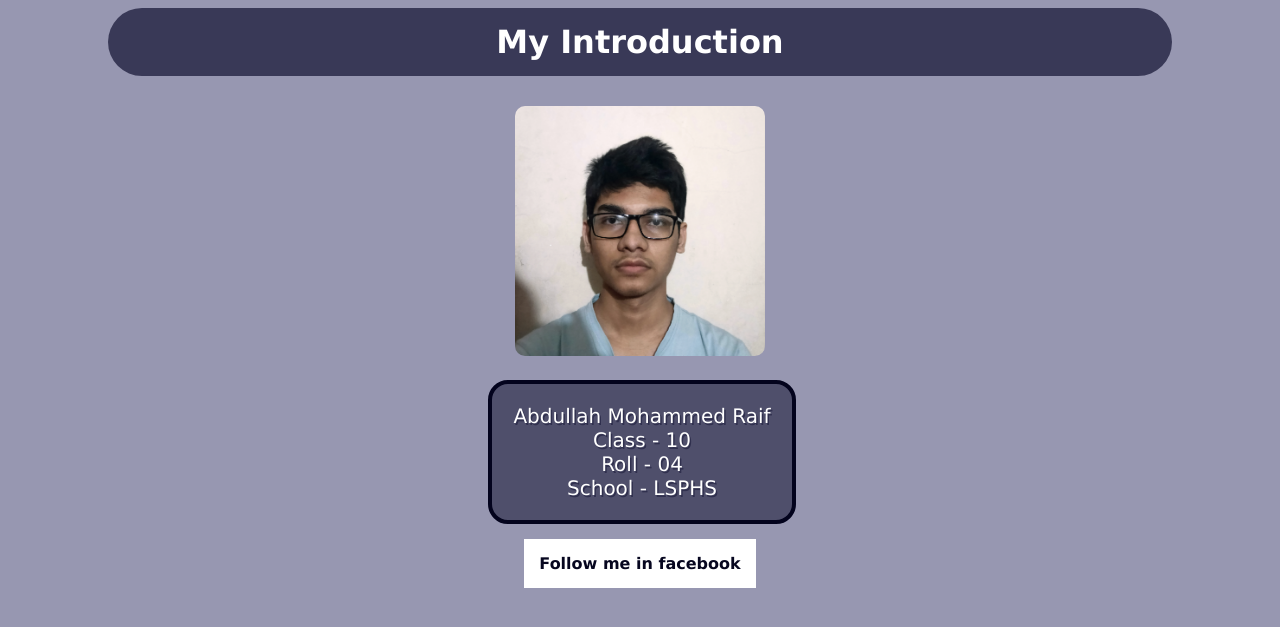
Repository: Raif-007/Portfolio
Page: index.html
These files come from the project's save history. The page is drawn as it stood at one moment and after the next save; the edit follows.
The browser window is 1280 px wide. The pictures show the whole page.

Above is the page before, as saved 2021-07-05 17:43:23.

### index.html
<!DOCTYPE html>
<html lang="en">

<head>
    <meta charset="UTF-8">
    <meta http-equiv="X-UA-Compatible" content="IE=edge">
    <meta name="viewport" content="width=device-width, initial-scale=1.0">
    <title>Portfolio</title>
    <link rel="stylesheet" href="styles.css">
</head>

<body>

    <h1>
        My Introduction
    </h1>

    <img id="i01" src="final pic.jpg" alt="raif">


    <div>

        <p>
            Abdullah Mohammed Raif
            <br> Class - 10
            <br> Roll - 04
            <br> School - LSPHS

        </p>


    </div>


    <a href="https://www.facebook.com/raif.chy.58">Follow me in facebook</a>

</body>

</html>

### styles.css
        body {
            background-color: rgba(54, 54, 105, 0.514);
            color: #ffffff;
            font-family: Verdana, Geneva, Tahoma, sans-serif;
            text-align: center;
        }

        h1 {
            background-color: rgba(25, 25, 56, 0.74);
            padding: 15px;
            margin: 0px 100px;
            border-radius: 50px;
        }

        div {
            font-size: 20px;
            border: 4px solid rgb(3, 3, 29);
            width: 300px;
            margin-left: 480px;
            margin-top: 20px;
            background-color: rgba(25, 25, 56, 0.568);
            border-radius: 20px;
            text-shadow: 1.5px 1.5px rgba(25, 25, 56, 0.568);
            margin-bottom: 30px;
        }

        #i01 {
            width: 250px;
            height: 250px;
            margin-top: 30px;
            border-radius: 10px;
        }

        a:link {
            background-color: #ffffff;
            color: rgb(6, 6, 31);
            text-decoration: none;
            padding: 15px;
            font-weight: 700;
        }

        a:hover {
            background-color: rgb(6, 6, 31);
            color: #ffffff;
            text-decoration: none;
            padding: 15px;
            font-weight: 700;
        }

        a:visited {
            background-color: #ffffff;
            color: #ffffff;
            text-decoration: none;
            padding: 15px;
            font-weight: 700;
        }

        a:active {}

After the next save:
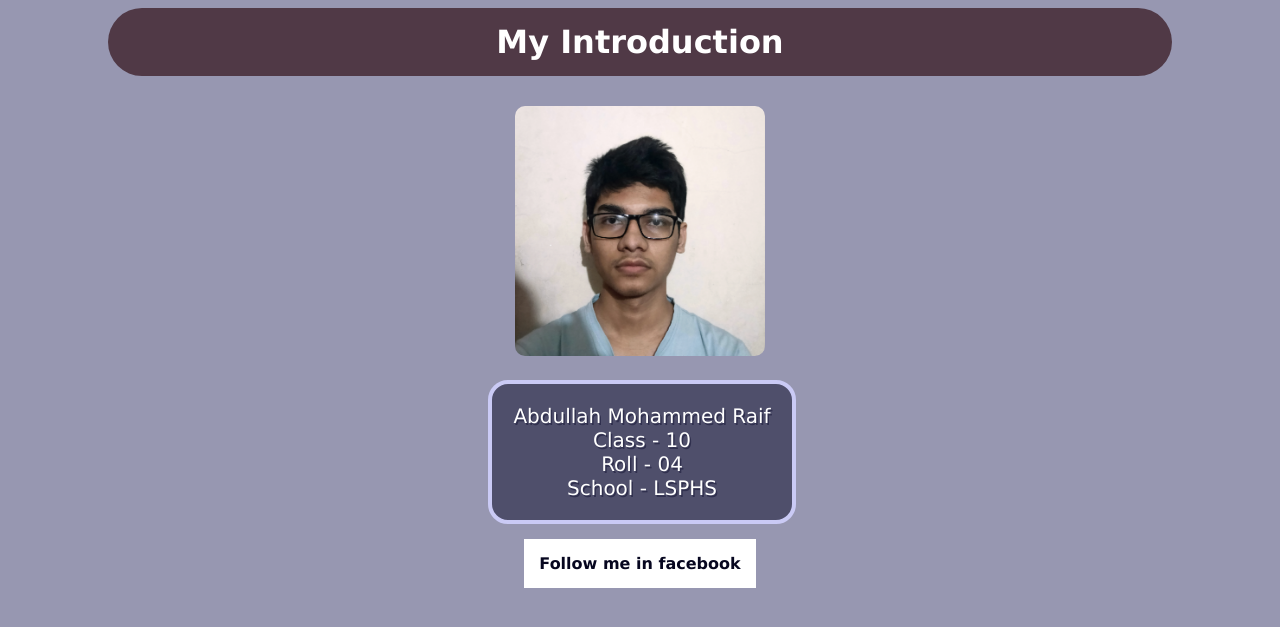
Saved 48 s later.
--- a/styles.css
+++ b/styles.css
@@ -6,7 +6,7 @@
         }
 
         h1 {
-            background-color: rgba(25, 25, 56, 0.74);
+            background-color: rgba(56, 25, 33, 0.74);
             padding: 15px;
             margin: 0px 100px;
             border-radius: 50px;
@@ -14,7 +14,7 @@
 
         div {
             font-size: 20px;
-            border: 4px solid rgb(3, 3, 29);
+            border: 4px solid rgb(202, 202, 245);
             width: 300px;
             margin-left: 480px;
             margin-top: 20px;
@@ -48,7 +48,7 @@
         }
 
         a:visited {
-            background-color: #ffffff;
+            background-color: #rgb(212, 37, 81);
             color: #ffffff;
             text-decoration: none;
             padding: 15px;

After the 2 saves that followed:
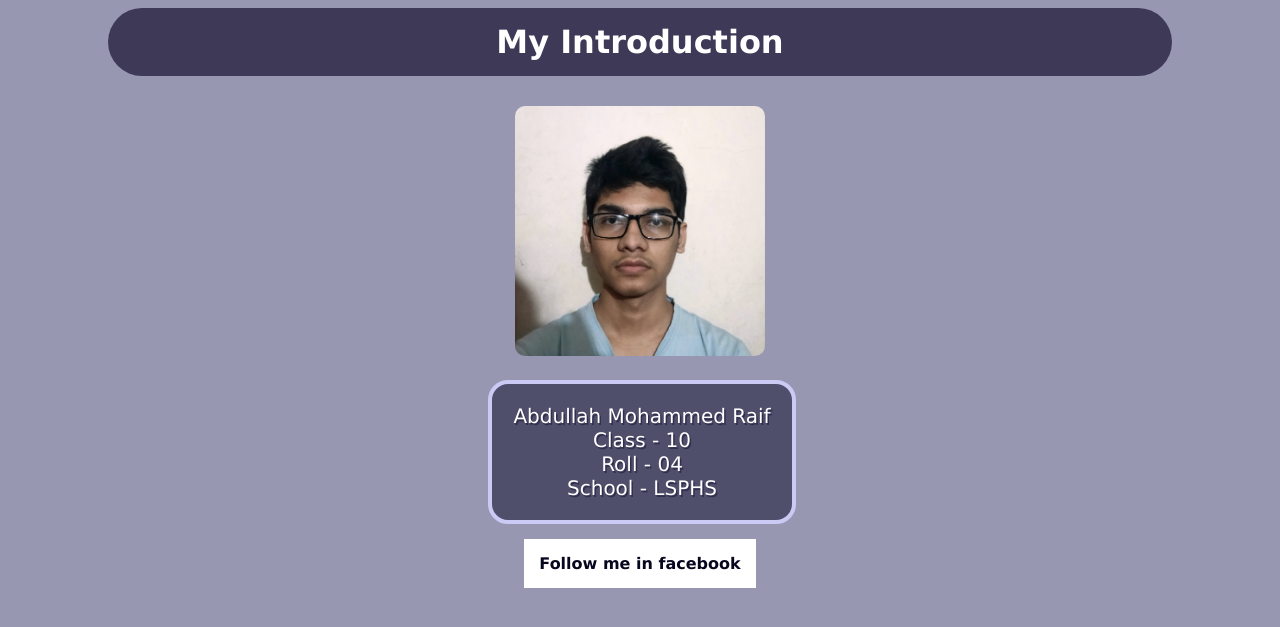
The 2 saves are shown as one change because 1 left the picture as it was.
The last was saved 2 min 1 s later.
--- a/styles.css
+++ b/styles.css
@@ -6,7 +6,7 @@
         }
 
         h1 {
-            background-color: rgba(56, 25, 33, 0.74);
+            background-color: rgba(30, 25, 56, 0.74);
             padding: 15px;
             margin: 0px 100px;
             border-radius: 50px;
@@ -48,7 +48,7 @@
         }
 
         a:visited {
-            background-color: #rgb(212, 37, 81);
+            background-color: rgb(6, 6, 31);
             color: #ffffff;
             text-decoration: none;
             padding: 15px;
